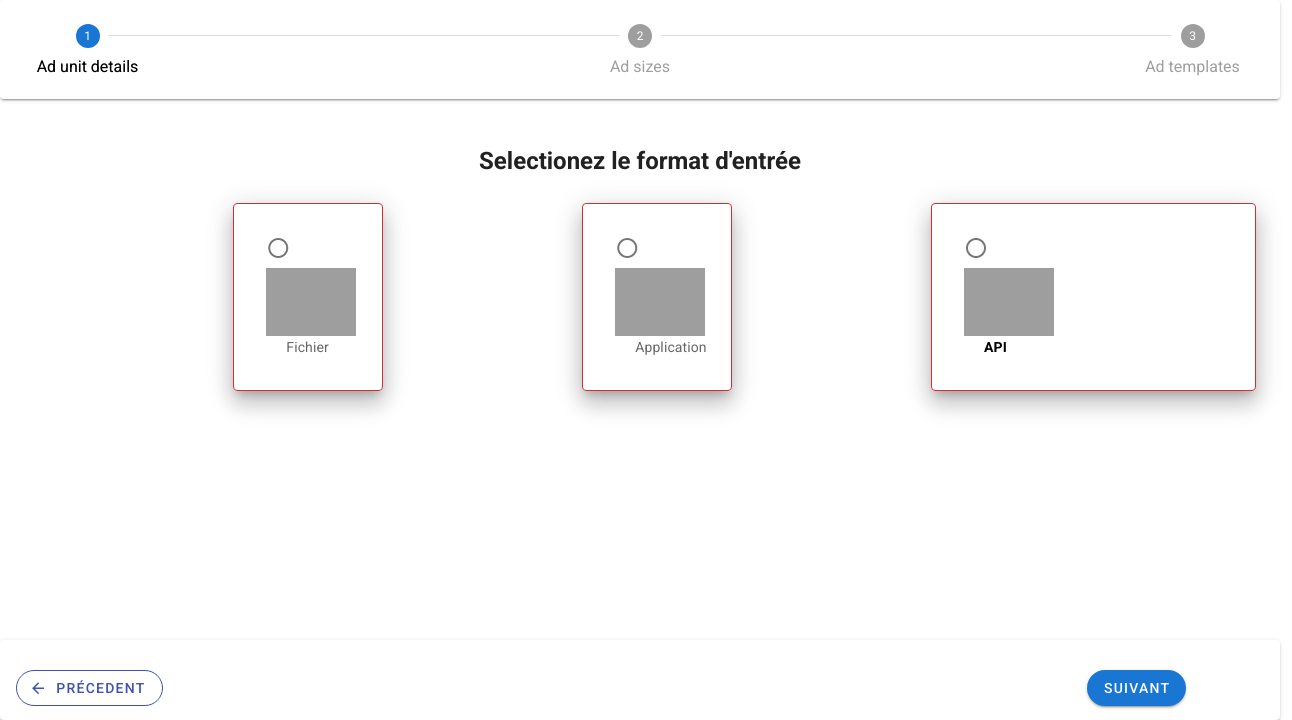
Repository: SidneyHodieb/myc
Page: /addsource/format
The author's editor kept a copy of each file at every save. The page is drawn from the files as they stood at one save, then again after the next save.
The browser window is 1280 px wide. The page is 1292 px wide, so the pictures cover 1292 px, including what lies to the right of the window. The pictures show the whole page.
Pictures or frames that could not be fetched are drawn as grey boxes. The project was rebuilt for these pictures with package versions that can differ from the ones it lists, and the page was loaded fresh each time. Also part of the build but not shown: vue.config.js, src/views/Home.vue, src/views/addSource/components/card.vue, src/views/addSource/components/trigger.vue.

Above is the page before, as saved 2021-04-04 14:02:40.

### src/App.vue
<template>
  <v-app>
    <v-main>
      <router-view></router-view>
    </v-main>
  </v-app>
</template>

<script>

export default {
  name: 'App',
  data: () => ({
    //
  }),
};
</script>

### src/router/index.js
import Vue from 'vue'
import VueRouter from 'vue-router'
import Home from '../views/Home.vue'
import addSource from '../views/addSource/column'
import format from '../views/addSource/components/format'
import card from '../views/addSource/components/card'
import trigger from '../views/addSource/components/trigger'

Vue.use(VueRouter)

const routes = [
  {
    path: '/',
    name: 'Home',
    component: Home
  },
  {
    path: '/addsource',
    name: 'addSource',
    component: addSource,
    children: [
      {
        path: 'format',
        component: format
      },
      {
        path: 'card',
        component: card
      },
      {
        path: 'trigger',
        component: trigger
      }
    ]
  },
  {
    path: '/about',
    name: 'About',
    // route level code-splitting
    // this generates a separate chunk (about.[hash].js) for this route
    // which is lazy-loaded when the route is visited.
    component: function () {
      return import(/* webpackChunkName: "about" */ '../views/About.vue')
    }
  }
]

const router = new VueRouter({
  mode: 'history',
  base: process.env.BASE_URL,
  routes
})

export default router

### src/views/addSource/column.vue
<template>
  <div>
    <!-- Header -->
      <v-stepper alt-labels>
          <v-stepper-header>
            <v-stepper-step step="1">
              Ad unit details
            </v-stepper-step>

            <v-divider></v-divider>

            <v-stepper-step step="2">
              Ad sizes
            </v-stepper-step>

            <v-divider></v-divider>

            <v-stepper-step step="3">
              Ad templates
            </v-stepper-step>
          </v-stepper-header>
        </v-stepper>

        <!-- Content -->
        <router-view></router-view>
        <!--Footer  -->

<v-card class="card-bottom">

    <v-row>
       <v-col>
       <v-btn
       class="ml-4"
      rounded
      outlined
      color="indigo"
    >
     <v-icon left>
        mdi-arrow-left
      </v-icon>
      Précedent
    </v-btn>
       </v-col>

  <v-col offset-md="8" offset-sm="8">
      <v-btn
      rounded
      color="primary"
      dark
    >
      Suivant
    </v-btn>
      </v-col>
      </v-row>
    </v-card>

  </div>
</template>

<script>
export default {

}
</script>

<style lang="scss" scoped>

.card-bottom{
  position: absolute;bottom: 0;width:100%; height: 50px; padding-bottom:50px; padding-top:30px
}

</style>

### src/views/addSource/components/format.vue
<template>
  <v-container fluid grid-list-md>
    <v-radio-group row>
      <v-col md="12" sm="12" class="text-center">
        <h2>Selectionez le format d'entrée</h2>
      </v-col>
      <v-col offset-md="2">
        <v-card elevation="14" width="150">
          <v-alert outlined color="red darken-2">
          <v-card-text>
            <v-radio
                color="green"
                value="file"
                class="mb-2"
              ></v-radio>
            <div>
          <v-img
           width="90"
            src="https://www.flaticon.com/svg/vstatic/svg/786/786788.svg?token=exp=1617473650~hmac=f02174a0ee444bdd71a855da4ad95c3d"
        ></v-img>
        <span class="textCard text--secondary">Fichier</span>
        </div>
         </v-card-text>
          </v-alert>
        </v-card>
      </v-col>
      <v-col>
        <v-card elevation="14" width="150">
          <v-alert outlined color="red darken-2">
          <v-card-text>
            <v-radio
                color="blue"
                value="app"
                class="mb-2"
              ></v-radio>
          <v-img
           width="90"
            src="https://www.flaticon.com/svg/vstatic/svg/2306/2306016.svg?token=exp=1617475854~hmac=35e4e709fb9fa1338bb7b9cd5032613a"
        ></v-img>
         <span class="textCard text--secondary">Application</span>
         </v-card-text>
          </v-alert>
        </v-card>
      </v-col>
      <v-col>
        <v-card elevation="14" >
          <v-alert outlined color="red darken-2">
           <v-card-text>
             <v-radio
                color="red"
                value="api"
                class="mb-2"
              ></v-radio>
          <v-img
           width="90"
            src="https://www.flaticon.com/svg/vstatic/svg/994/994152.svg?token=exp=1617476036~hmac=b132b4a2ee4139281536cfde68b7345e"
        ></v-img>
         <span class="textCard font-weight-bold">API</span>
         </v-card-text>
          </v-alert>
        </v-card>
      </v-col>
    </v-radio-group>
  </v-container>
</template>

<script>
export default {
  data () {
      return {
        checkbox: true,
      }
    },
}
</script>

<style lang="scss" scoped>

.checkbox-round {
    width: 1.3em;
    height: 1.3em;
    background-color: white;
    border-radius: 50%;
    vertical-align: middle;
    border: 1px solid #ddd;
    -webkit-appearance: none;
    outline: none;
    cursor: pointer;
};

.textCard{
    color:black;
    margin-left:20px;
    margin-top:10px
}

</style>

Loaded but not shown: public/index.html (common file); src/main.js (common file); src/store/index.js (common file); src/plugins/vuetify.js (common file)

After the next save:
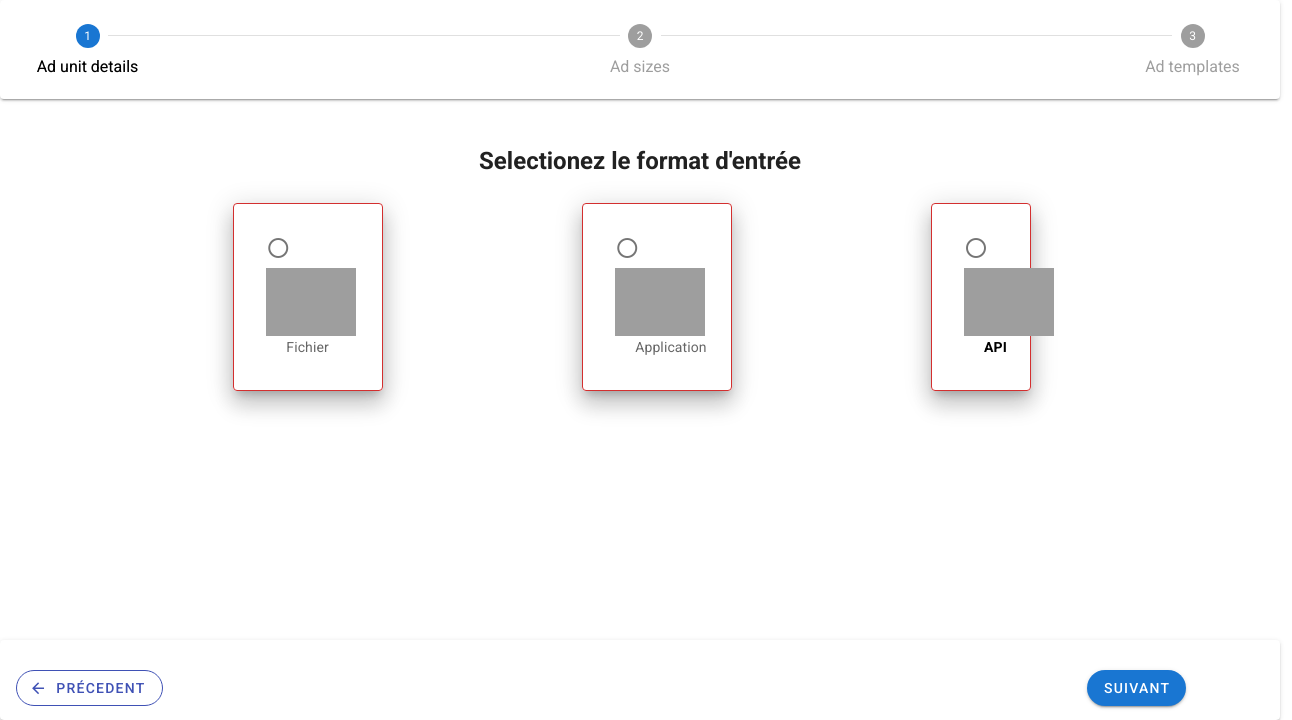
Saved 9 s later.
--- a/src/views/addSource/components/format.vue
+++ b/src/views/addSource/components/format.vue
@@ -43,7 +43,7 @@
         </v-card>
       </v-col>
       <v-col>
-        <v-card elevation="14" >
+        <v-card elevation="14" width="100">
           <v-alert outlined color="red darken-2">
            <v-card-text>
              <v-radio
